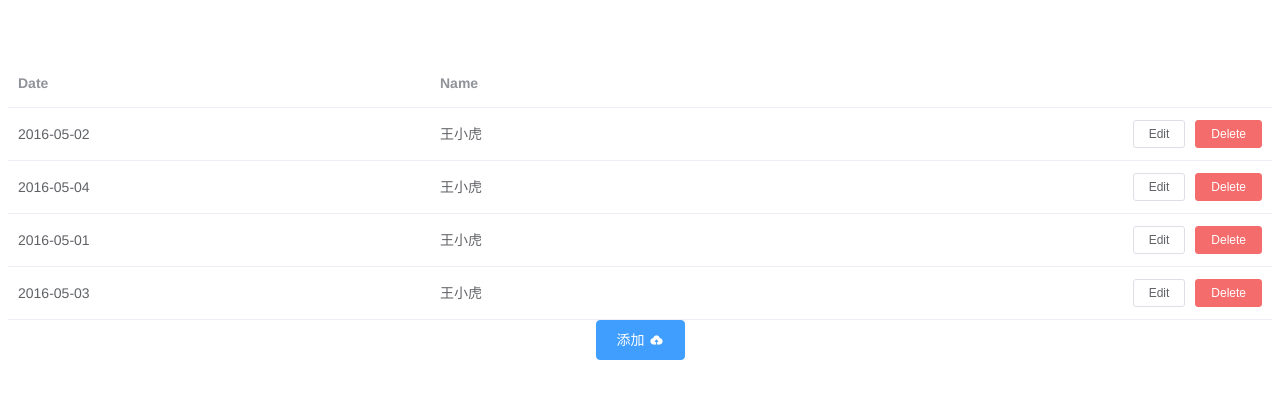
Repository: jiuceng1/monitor
Page: /#/show (app in nmonvue/)
These files come from the project's save history. The page is drawn as it stood at one moment and after the next save; the edit follows.
The browser window is 1280 px wide. The pictures show the whole page.
The project was rebuilt for these pictures with package versions that can differ from the ones it lists, and the page was loaded fresh each time. Also part of the build but not shown: nmonvue/src/components/HelloWorld.vue.

Above is the page before, as saved 2022-01-13 10:00:33.

### nmonvue/index.html
<!DOCTYPE html>
<html>
  <head>
    <meta charset="utf-8">
    <meta name="viewport" content="width=device-width,initial-scale=1.0">
    <title>nmonvue</title>
  </head>
  <body>
    <div id="app"></div>
    <!-- built files will be auto injected -->
  </body>
</html>

### nmonvue/src/router/index.js
import Vue from 'vue'
import Router from 'vue-router'
import HelloWorld from '@/components/HelloWorld'

Vue.use(Router)

export default new Router({
  routes: [
    {
      path: '/',
      name: 'HelloWorld',
      component: HelloWorld
    },{
      path: '/show',
      name: 'show',
      component:()=>import('@/view/show')
    }
  ]
})

### nmonvue/src/view/show.vue
<template>
    <div>
    <el-table
    :data="tableData.filter(data => !search || data.name.toLowerCase().includes(search.toLowerCase()))"
    style="width: 100%">
    <el-table-column
      label="Date"
      prop="date">
    </el-table-column>
    <el-table-column
      label="Name"
      prop="name">
    </el-table-column>
    <el-table-column
      align="right">
      <template slot-scope="scope">
        <el-button
          size="mini"
          @click="handleEdit(scope.$index, scope.row)">Edit</el-button>
        <el-button
          size="mini"
          type="danger"
          @click="handleDelete(scope.$index, scope.row)">Delete</el-button>
      </template>
    </el-table-column>
  </el-table>
  <el-button type="primary" @click="showEnable=true">添加<i class="el-icon-upload el-icon--right"></i></el-button>
  <el-dialog title="收货地址" :visible.sync="showEnable">
  <el-form :model="form">
    <el-form-item label="活动名称" :label-width="formLabelWidth">
      <el-input v-model="form.name" autocomplete="off"></el-input>
    </el-form-item>
    <el-form-item label="活动区域" :label-width="formLabelWidth">
      <el-select v-model="form.region" placeholder="请选择活动区域">
        <el-option label="区域一" value="shanghai"></el-option>
        <el-option label="区域二" value="beijing"></el-option>
      </el-select>
    </el-form-item>
  </el-form>
  <div slot="footer" class="dialog-footer">
    <el-button @click="showEnable = false">取 消</el-button>
    <el-button type="primary" @click="update()">确 定</el-button>
  </div>
</el-dialog>
</div>
</template>

<script>
import axios from 'axios'
  export default {
    data() {
      return {
        showEnable: false,
        tableData: [{
          date: '2016-05-02',
          name: '王小虎',
          address: '上海市普陀区金沙江路 1518 弄'
        }, {
          date: '2016-05-04',
          name: '王小虎',
          address: '上海市普陀区金沙江路 1517 弄'
        }, {
          date: '2016-05-01',
          name: '王小虎',
          address: '上海市普陀区金沙江路 1519 弄'
        }, {
          date: '2016-05-03',
          name: '王小虎',
          address: '上海市普陀区金沙江路 1516 弄'
        }],
        search: '',
        form: {
          name: '',
          region: '',
          date1: '',
          date2: '',
          delivery: false,
          type: [],
          resource: '',
          desc: ''
        },
        formLabelWidth: '120px'
      }
    },
    methods: {
      handleEdit(index, row) {
        console.log(index, row);
      },
      handleDelete(index, row) {
        console.log(index, row);
      },
      update(){
        axios({
            url : 'http://127.0.0.1:8000/api/testapi/',
            method : 'post',
            data : this.form,
        })
        this.showEnable=false
      }
    },
  }
</script>

Loaded but not shown: nmonvue/src/main.js (common file); nmonvue/src/App.vue (common file)

After the next save:
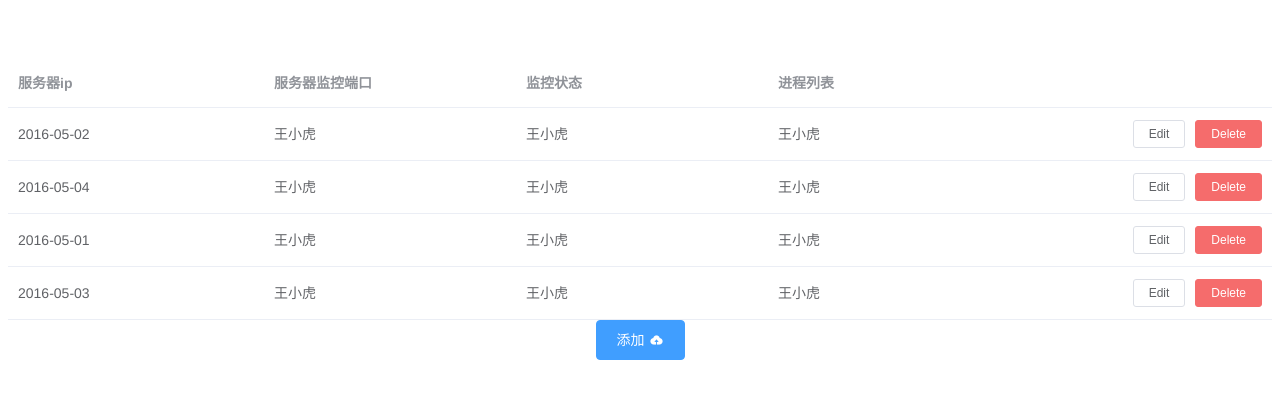
Saved 33 min 28 s later.
--- a/nmonvue/src/view/show.vue
+++ b/nmonvue/src/view/show.vue
@@ -4,11 +4,19 @@
     :data="tableData.filter(data => !search || data.name.toLowerCase().includes(search.toLowerCase()))"
     style="width: 100%">
     <el-table-column
-      label="Date"
+      label="服务器ip"
       prop="date">
     </el-table-column>
     <el-table-column
-      label="Name"
+      label="服务器监控端口"
+      prop="name">
+    </el-table-column>
+    <el-table-column
+      label="监控状态"
+      prop="name">
+    </el-table-column>
+    <el-table-column
+      label="进程列表"
       prop="name">
     </el-table-column>
     <el-table-column
